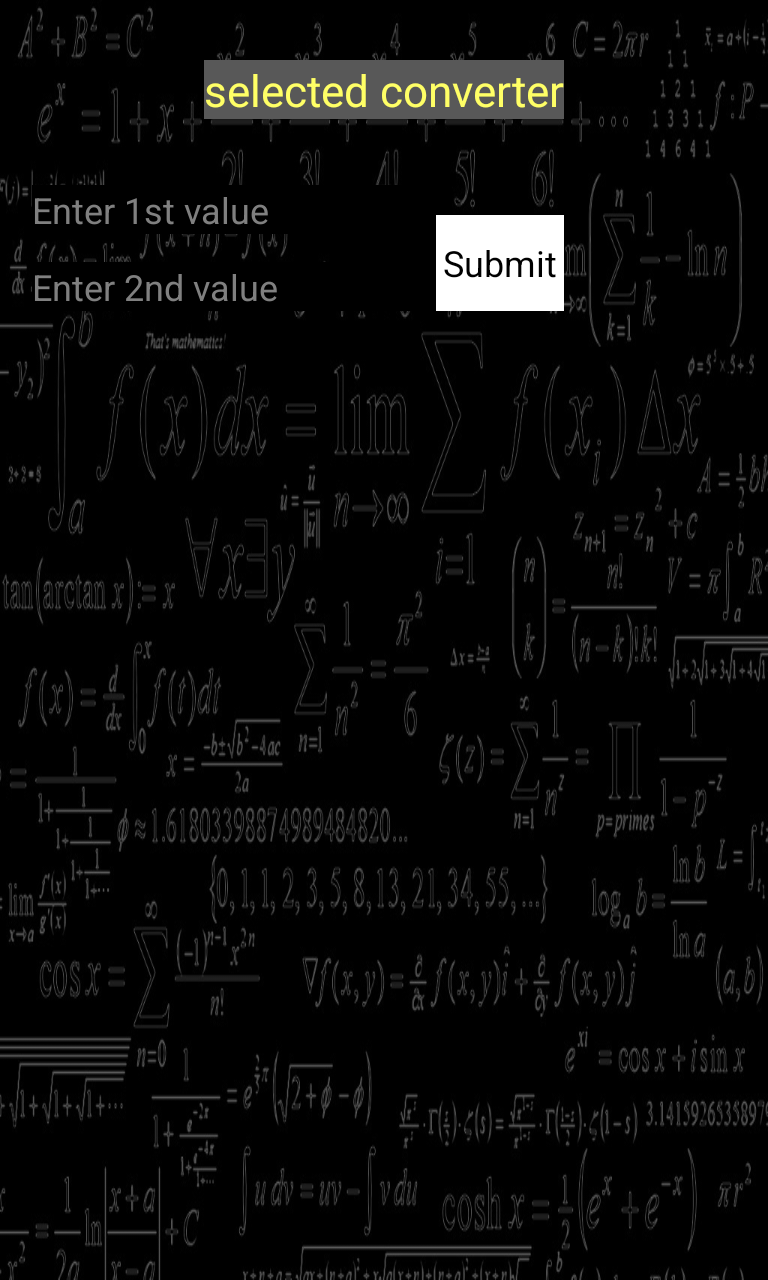
Repository: priyankaaj/practiced-apps
Layout: newProject/res/layout/converterlandscapemode.xml
The author's editor kept a copy of each file at every save. The layout is drawn from the files as they stood at one save, then again after the next save.
It is drawn on a 768 x 1280 px phone screen (xhdpi) without system bars, with theme AppTheme; the app's code is not run.

Above is the layout before, as saved 2015-09-28 17:37:04.

### newProject/res/layout/converterlandscapemode.xml
<RelativeLayout xmlns:android="http://schemas.android.com/apk/res/android"
    xmlns:tools="http://schemas.android.com/tools"
    android:layout_width="match_parent"
    android:layout_height="match_parent"
    android:background="@drawable/maths_wallpaper"
    android:paddingBottom="@dimen/activity_vertical_margin"
    android:paddingLeft="@dimen/activity_horizontal_margin"
    android:paddingRight="@dimen/activity_horizontal_margin"
    android:paddingTop="@dimen/activity_vertical_margin"
    tools:context=".MainActivity" >

    <TextView
        android:id="@+id/selectedconverter"
        android:layout_width="wrap_content"
        android:layout_height="wrap_content"
        android:layout_alignParentTop="true"
        android:layout_centerHorizontal="true"
        android:layout_marginTop="14dp"
        android:text="selected converter"
        android:background="#585858"
        android:textColor="#FFFF66"
        android:textAppearance="?android:attr/textAppearanceLarge" />

    <Spinner
        android:id="@+id/spinnerconvertoptions"
        android:layout_width="wrap_content"
        android:layout_height="wrap_content"
        android:layout_below="@+id/selectedconverter"
        android:layout_marginTop="19dp"
        android:background="#ffffff"
        android:textColor="#000000" />

    <EditText
        android:id="@+id/entvalue1"
        android:layout_width="wrap_content"
        android:layout_height="wrap_content"
        android:layout_alignLeft="@+id/spinnerconvertoptions"
        android:layout_below="@+id/spinnerconvertoptions"
        android:layout_marginTop="14dp"
        android:background="#000000"
        android:ems="10"
        android:hint="Enter 1st value"
        android:textColor="#ffffff" />

    <EditText
        android:id="@+id/entvalue2"
        android:layout_width="wrap_content"
        android:layout_height="wrap_content"
        android:layout_alignLeft="@+id/entvalue1"
        android:layout_below="@+id/entvalue1"
        android:layout_marginTop="14dp"
        android:background="#000000"
        android:ems="10"
        android:hint="Enter 2nd value"
        android:textColor="#ffffff" />

    <Button
        android:id="@+id/buttonsubmit"
        android:layout_width="wrap_content"
        android:layout_height="wrap_content"
        android:layout_alignBottom="@+id/entvalue2"
        android:layout_alignRight="@+id/selectedconverter"
        android:background="#ffffff"
        android:text="Submit"
        android:textColor="#000000" />

    <Button
        android:id="@+id/buttoncancel"
        android:layout_width="wrap_content"
        android:layout_height="wrap_content"
        android:layout_alignBaseline="@+id/buttonsubmit"
        android:layout_alignBottom="@+id/buttonsubmit"
        android:layout_alignRight="@+id/spinnerconvertoptions"
        android:layout_marginRight="48dp"
        android:background="#ffffff"
        android:text="Cancel"
        android:textColor="#000000" />

</RelativeLayout>

Loaded but not shown: newProject/res/values/styles.xml (common file); newProject/res/values-v11/styles.xml (common file); newProject/res/values-v14/styles.xml (common file); newProject/res/values/dimens.xml (common file)

After the next save:
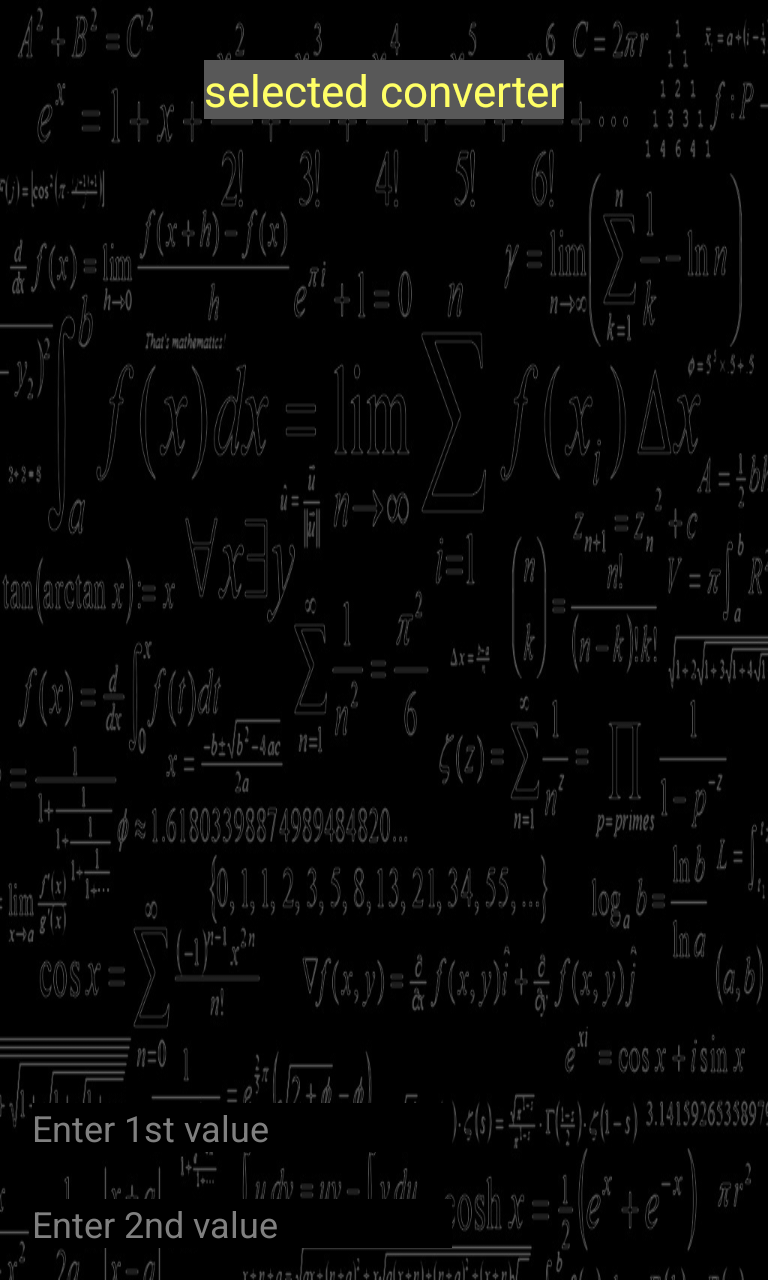
Saved 79 s later.
--- a/newProject/res/layout/converterlandscapemode.xml
+++ b/newProject/res/layout/converterlandscapemode.xml
@@ -30,25 +30,24 @@
         android:background="#ffffff"
         android:textColor="#000000" />
 
-    <EditText
-        android:id="@+id/entvalue1"
+    <Button
+        android:id="@+id/buttoncancel"
         android:layout_width="wrap_content"
         android:layout_height="wrap_content"
-        android:layout_alignLeft="@+id/spinnerconvertoptions"
-        android:layout_below="@+id/spinnerconvertoptions"
-        android:layout_marginTop="14dp"
-        android:background="#000000"
-        android:ems="10"
-        android:hint="Enter 1st value"
-        android:textColor="#ffffff" />
+        android:layout_alignBaseline="@+id/buttonsubmit"
+        android:layout_alignBottom="@+id/buttonsubmit"
+        android:layout_alignRight="@+id/spinnerconvertoptions"
+        android:layout_marginRight="48dp"
+        android:background="#ffffff"
+        android:text="Reset"
+        android:textColor="#000000" />
 
     <EditText
         android:id="@+id/entvalue2"
         android:layout_width="wrap_content"
         android:layout_height="wrap_content"
         android:layout_alignLeft="@+id/entvalue1"
-        android:layout_below="@+id/entvalue1"
-        android:layout_marginTop="14dp"
+        android:layout_alignParentBottom="true"
         android:background="#000000"
         android:ems="10"
         android:hint="Enter 2nd value"
@@ -58,22 +57,25 @@
         android:id="@+id/buttonsubmit"
         android:layout_width="wrap_content"
         android:layout_height="wrap_content"
-        android:layout_alignBottom="@+id/entvalue2"
-        android:layout_alignRight="@+id/selectedconverter"
+        android:layout_above="@+id/entvalue2"
+        android:layout_marginRight="22dp"
+        android:layout_toLeftOf="@+id/buttoncancel"
         android:background="#ffffff"
         android:text="Submit"
         android:textColor="#000000" />
 
-    <Button
-        android:id="@+id/buttoncancel"
+    <EditText
+        android:id="@+id/entvalue1"
         android:layout_width="wrap_content"
         android:layout_height="wrap_content"
-        android:layout_alignBaseline="@+id/buttonsubmit"
-        android:layout_alignBottom="@+id/buttonsubmit"
-        android:layout_alignRight="@+id/spinnerconvertoptions"
-        android:layout_marginRight="48dp"
-        android:background="#ffffff"
-        android:text="Cancel"
-        android:textColor="#000000" />
+        android:layout_alignLeft="@+id/spinnerconvertoptions"
+        android:layout_alignTop="@+id/buttonsubmit"
+        android:background="#000000"
+        android:ems="10"
+        android:hint="Enter 1st value"
+        android:textColor="#ffffff" >
+
+        <requestFocus />
+    </EditText>
 
 </RelativeLayout>
